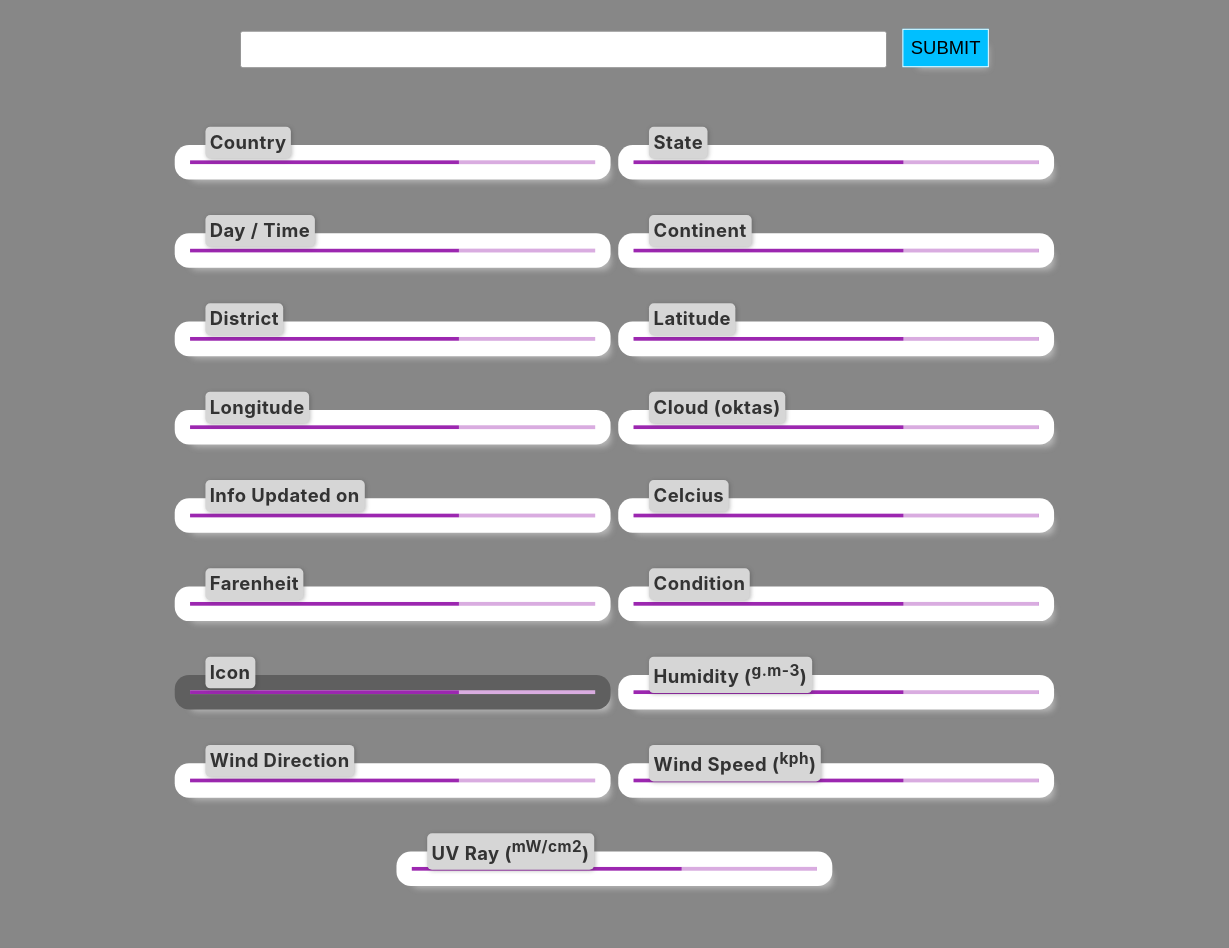
Repository: Imprasna/practising-API
Page: /
An editor plug-in stored every save of this project. The page is shown before and after a run of saves, followed by the edit.
The browser window is 1280 px wide. The pictures show the whole page, at 96% of full size.
The project was rebuilt for these pictures with package versions that can differ from the ones it lists, and the page was loaded fresh each time. Also part of the build but not shown: src/component/Country.js, src/component/Region.js, src/component/Time.js, src/component/Continent.js, src/component/District.js, src/component/Cloud.js, src/component/UpdatedWeather.js, src/component/Celcius.js and 9 more.

Above is the page before, as saved 2021-11-12 00:19:56.

### src/App.js
import './App.css';
import Get from './Get'

function App() {
  return (
    <div className="App">
      <Get />
    </div>
  );
}

export default App;

### src/Get.js
import React, { useState } from "react";
import axios from "axios";
// import moment from 'moment';
import Country from "./component/Country";
import Region from "./component/Region";
import Time from "./component/Time";
import Continent from "./component/Continent";
import District from "./component/District";
import Cloud from "./component/Cloud";
import UpdatedWeather from "./component/UpdatedWeather";
import Celcius from "./component/Celcius";
import Farenheit from "./component/Farenheit";
import Latitude from "./component/Latitude";
import Longitude from "./component/Longitude";
import Condition from "./component/Condition";
import Icon from "./component/Icon";
import Humidity from "./component/Humidity";
import WindDirection from "./component/WindDirection";
import WindSpeed from "./component/WindSpeed";
import Uv from "./component/Uv";
import "./component/style.css";
// import CircularProgress from '@mui/material/CircularProgress';
import LinearProgress from '@mui/material/LinearProgress';



const Get = () => {
	const [getPost, setGetPost] = useState([]);
	const [loading, setLoading] = useState(false);
	const [values, setValues] = useState({ cities: "" });

	React.useEffect =
		(() => {
			getData();

			const CName = () => {
				setGetPost(getPost);
			};
			CName();
		},
		[]);

		const getData = async () =>
		{
			const city = values.cities;
			try {
				const res = await axios.get(
					`http://api.weatherapi.com/v1/current.json?key=b572a200fc624a6a85671436211310&q=${city}&aqi=yes`
					);
				setTimeout(function ()
				{
					// console.log(res.data.current);
					// console.log(res.data.location);
					// setGetPost(res.data);
					(setGetPost(res.data))
					setLoading(true);
				}, 3000);

			console.log(getPost);
			// console.log(res.data.current);
			// setGetPost({res});
		} catch (err) {
			console.log(err);
		}
	};
	console.log(getPost);

	const onChangeHandler = (e) => {
		const name = e.target.name;
		const value = e.target.value;

		// here values is the state name
		let inputValues = values;
		inputValues[name] = value;
		setValues({ ...inputValues });
		setLoading(false);
	};

	return (
		<>
			<input
				className="search-box"
				type="text"
				value={values.cities}
				name="cities"
				onChange={(e) => onChangeHandler(e)}
			/>
			<button className="button" onClick={getData}>
				Submit
			</button>

			<div className="whole">
				<div className="Country">
					{loading ? (<Country CName={getPost} />) : (<LinearProgress  color="secondary"  />)}
					<h1>Country</h1>
				</div>

				<div className="region">
				{loading ? (<Region CName={getPost} />) : (<LinearProgress  color="secondary"  />) }
					<h1>State</h1>

				</div>

				<div className="time">
				{loading ? (<Time CName={getPost} />) : (<LinearProgress  color="secondary"  />) }
					<h1>Day / Time</h1>

				</div>

				<div className="continent">
				{loading ? (<Continent CName={getPost} />) : (<LinearProgress  color="secondary"  />) }
					<h1>Continent</h1>

				</div>

				<div className="district">
				{loading ? (<District CName={getPost} />) : (<LinearProgress  color="secondary"  />) }
					<h1>District</h1>

				</div>

				<div className="lat">
				{loading ? (<Latitude CName={getPost} />) : (<LinearProgress  color="secondary"  />) }
					<h1>Latitude</h1>

				</div>

				<div className="lon">
				{loading ? (<Longitude CName={getPost} />) : (<LinearProgress  color="secondary"  />) }
					<h1>Longitude</h1>

				</div>

				<div className="cloud">
				{loading ? (<Cloud CName={getPost} />) : (<LinearProgress  color="secondary"  />) }
					<h1>Cloud (oktas)</h1>

				</div>

				<div className="upt">
				{loading ? (<UpdatedWeather CName={getPost} />) : (<LinearProgress  color="secondary"  />) }
					<h1>Info Updated on</h1>

				</div>

				<div className="cel">
				{loading ? (<Celcius CName={getPost} />) : (<LinearProgress  color="secondary"  />) }
					<h1>Celcius</h1>

				</div>

				<div className="far">
				{loading ? (<Farenheit CName={getPost} />) : (<LinearProgress  color="secondary"  />) }
					<h1>Farenheit</h1>

				</div>

				<div className="cond">
				{loading ? (<Condition CName={getPost} />) : (<LinearProgress  color="secondary"  />) }
					<h1>Condition</h1>

				</div>

				<div className="icon">
				{loading ? (<Icon CName={getPost} />) : (<LinearProgress  color="secondary"  />) }
					<h1>Icon</h1>

				</div>

				<div className="hum">
				{loading ? (<Humidity CName={getPost} />) : (<LinearProgress  color="secondary"  />) }
					<h1>
						Humidity (<sup>g.m-3</sup>)
					</h1>

				</div>


				<div className="wd">
				{loading ? (<WindDirection CName={getPost} />) : (<LinearProgress  color="secondary"  />) }
					<h1>Wind Direction</h1>

				</div>

				<div className="ws">
				{loading ? (<WindSpeed CName={getPost} />) : (<LinearProgress  color="secondary"  />) }
					<h1>
						Wind Speed (<sup>kph</sup>)
					</h1>

				</div>

				<div className="uv">
				{loading ? (<Uv CName={getPost} />) : (<LinearProgress  color="secondary"  />) }
					<h1>
						UV Ray (<sup>mW/cm2</sup>)
					</h1>

				</div>
			</div>
		</>
	);
};

export default Get;

### src/component/style.css
body {
    background: #878787;
}

.whole {
    width: 100%;
    height: 100%;
    display: flex;
    justify-content: center;
    align-items: center;
    flex-wrap: wrap;
    gap: .5rem;
    margin-bottom: 4rem;
}

.search-box {
    width: 50%;
    padding: .5rem 1rem;
    border-radius: 3px;
    border: 1px solid #929292;
    outline: none;
    font-size: 1rem;
    line-height: 1.3em;
    margin: 0 auto;
    margin-bottom: 2rem;
    margin-top: 2rem;
    margin-right: 1rem;
    text-transform: uppercase;
}

.button {
    padding: .5rem;
    outline: none;
    border: 1px solid #fff;
    box-shadow: 8px 10px 7px -8px rgba(204,204,204,0.75);
    cursor: pointer;
    font-size: 1.2rem;
    text-transform: uppercase;
    border-radius: 0px;
    background: deepskyblue;
}

.Country {
    width: 33%;
    color: #000;
    padding: 1rem;
    border-radius: 15px;
    background-color: #fff;
    box-shadow: 8px 10px 7px -8px rgba(204,204,204,0.75);
    position: relative;
    font-size: 1.1rem;
    font-weight: 600;
    letter-spacing: .5px;
    margin-top: 3rem;
}

.Country > h1 {
    position: absolute;
    top: -2rem;
    left: 2rem;
    padding: .3rem;
    background-color: #d6d6d6;
    border-radius: 5px;
    font-size: 1.2rem;
    filter: drop-shadow(1px 1px 2px rgba(44, 44, 44, 0.342));
    color: #333;
}

.region {
    width: 33%;
    color: #000;
    padding: 1rem;
    border-radius: 15px;
    background-color: #fff;
    box-shadow: 8px 10px 7px -8px rgba(204,204,204,0.75);
    position: relative;
    font-size: 1.1rem;
    font-weight: 600;
    letter-spacing: .5px;
    margin-top: 3rem;
}

.region > h1 {
    position: absolute;
    top: -2rem;
    left: 2rem;
    padding: .3rem;
    background-color: #d6d6d6;
    border-radius: 5px;
    font-size: 1.2rem;
    filter: drop-shadow(1px 1px 2px rgba(44, 44, 44, 0.342));
    color: #333;
}

.time {
    width: 33%;
    color: #000;
    padding: 1rem;
    border-radius: 15px;
    background-color: #fff;
    box-shadow: 8px 10px 7px -8px rgba(204,204,204,0.75);
    position: relative;
    font-size: 1.1rem;
    font-weight: 600;
    letter-spacing: .5px;
    margin-top: 3rem;
}

.time > h1 {
    position: absolute;
    top: -2rem;
    left: 2rem;
    padding: .3rem;
    background-color: #d6d6d6;
    border-radius: 5px;
    font-size: 1.2rem;
    filter: drop-shadow(1px 1px 2px rgba(44, 44, 44, 0.342));
    color: #333;
}

.continent {
    width: 33%;
    color: #000;
    padding: 1rem;
    border-radius: 15px;
    background-color: #fff;
    box-shadow: 8px 10px 7px -8px rgba(204,204,204,0.75);
    position: relative;
    font-size: 1.1rem;
    font-weight: 600;
    letter-spacing: .5px;
    margin-top: 3rem;
}

.continent > h1 {
    position: absolute;
    top: -2rem;
    left: 2rem;
    padding: .3rem;
    background-color: #d6d6d6;
    border-radius: 5px;
    font-size: 1.2rem;
    filter: drop-shadow(1px 1px 2px rgba(44, 44, 44, 0.342));
    color: #333;
}

.district {
    width: 33%;
    color: #000;
    padding: 1rem;
    border-radius: 15px;
    background-color: #fff;
    box-shadow: 8px 10px 7px -8px rgba(204,204,204,0.75);
    position: relative;
    font-size: 1.1rem;
    font-weight: 600;
    letter-spacing: .5px;
    margin-top: 3rem;
}

.district > h1 {
    position: absolute;
    top: -2rem;
    left: 2rem;
    padding: .3rem;
    background-color: #d6d6d6;
    border-radius: 5px;
    font-size: 1.2rem;
    filter: drop-shadow(1px 1px 2px rgba(44, 44, 44, 0.342));
    color: #333;
}

.lat {
    width: 33%;
    color: #000;
    padding: 1rem;
    border-radius: 15px;
    background-color: #fff;
    box-shadow: 8px 10px 7px -8px rgba(204,204,204,0.75);
    position: relative;
    font-size: 1.1rem;
    font-weight: 600;
    letter-spacing: .5px;
    margin-top: 3rem;
}

.lat > h1 {
    position: absolute;
    top: -2rem;
    left: 2rem;
    padding: .3rem;
    background-color: #d6d6d6;
    border-radius: 5px;
    font-size: 1.2rem;
    filter: drop-shadow(1px 1px 2px rgba(44, 44, 44, 0.342));
    color: #333;
}

.lon {
    width: 33%;
    color: #000;
    padding: 1rem;
    border-radius: 15px;
    background-color: #fff;
    box-shadow: 8px 10px 7px -8px rgba(204,204,204,0.75);
    position: relative;
    font-size: 1.1rem;
    font-weight: 600;
    letter-spacing: .5px;
    margin-top: 3rem;
}

.lon > h1 {
    position: absolute;
    top: -2rem;
    left: 2rem;
    padding: .3rem;
    background-color: #d6d6d6;
    border-radius: 5px;
    font-size: 1.2rem;
    filter: drop-shadow(1px 1px 2px rgba(44, 44, 44, 0.342));
    color: #333;
}

.cloud {
    width: 33%;
    color: #000;
    padding: 1rem;
    border-radius: 15px;
    background-color: #fff;
    box-shadow: 8px 10px 7px -8px rgba(204,204,204,0.75);
    position: relative;
    font-size: 1.1rem;
    font-weight: 600;
    letter-spacing: .5px;
    margin-top: 3rem;
}

.cloud > h1 {
    position: absolute;
    top: -2rem;
    left: 2rem;
    padding: .3rem;
    background-color: #d6d6d6;
    border-radius: 5px;
    font-size: 1.2rem;
    filter: drop-shadow(1px 1px 2px rgba(44, 44, 44, 0.342));
    color: #333;
}

.upt {
    width: 33%;
    color: #000;
    padding: 1rem;
    border-radius: 15px;
    background-color: #fff;
    box-shadow: 8px 10px 7px -8px rgba(204,204,204,0.75);
    position: relative;
    font-size: 1.1rem;
    font-weight: 600;
    letter-spacing: .5px;
    margin-top: 3rem;
}

.upt > h1 {
    position: absolute;
    top: -2rem;
    left: 2rem;
    padding: .3rem;
    background-color: #d6d6d6;
    border-radius: 5px;
    font-size: 1.2rem;
    filter: drop-shadow(1px 1px 2px rgba(44, 44, 44, 0.342));
    color: #333;
}

.cel {
    width: 33%;
    color: #000;
    padding: 1rem;
    border-radius: 15px;
    background-color: #fff;
    box-shadow: 8px 10px 7px -8px rgba(204,204,204,0.75);
    position: relative;
    font-size: 1.1rem;
    font-weight: 600;
    letter-spacing: .5px;
    margin-top: 3rem;
}

.cel > h1 {
    position: absolute;
    top: -2rem;
    left: 2rem;
    padding: .3rem;
    background-color: #d6d6d6;
    border-radius: 5px;
    font-size: 1.2rem;
    filter: drop-shadow(1px 1px 2px rgba(44, 44, 44, 0.342));
    color: #333;
}

.far {
    width: 33%;
    color: #000;
    padding: 1rem;
    border-radius: 15px;
    background-color: #fff;
    box-shadow: 8px 10px 7px -8px rgba(204,204,204,0.75);
    position: relative;
    font-size: 1.1rem;
    font-weight: 600;
    letter-spacing: .5px;
    margin-top: 3rem;
}

.far > h1 {
    position: absolute;
    top: -2rem;
    left: 2rem;
    padding: .3rem;
    background-color: #d6d6d6;
    border-radius: 5px;
    font-size: 1.2rem;
    filter: drop-shadow(1px 1px 2px rgba(44, 44, 44, 0.342));
    color: #333;
}

.cond {
    width: 33%;
    color: #000;
    padding: 1rem;
    border-radius: 15px;
    background-color: #fff;
    box-shadow: 8px 10px 7px -8px rgba(204,204,204,0.75);
    position: relative;
    font-size: 1.1rem;
    font-weight: 600;
    letter-spacing: .5px;
    margin-top: 3rem;
}

.cond > h1 {
    position: absolute;
    top: -2rem;
    left: 2rem;
    padding: .3rem;
    background-color: #d6d6d6;
    border-radius: 5px;
    font-size: 1.2rem;
    filter: drop-shadow(1px 1px 2px rgba(44, 44, 44, 0.342));
    color: #333;
}


.icon {
    width: 33%;
    color: #000;
    padding: 1rem;
    border-radius: 15px;
    background-color: #5f5f5f;
    box-shadow: 8px 10px 7px -8px rgba(204,204,204,0.75);
    position: relative;
    font-size: 1.1rem;
    font-weight: 600;
    letter-spacing: .5px;
    margin-top: 3rem;
}

.icon > h1 {
    position: absolute;
    top: -2rem;
    left: 2rem;
    padding: .3rem;
    background-color: #d6d6d6;
    border-radius: 5px;
    font-size: 1.2rem;
    filter: drop-shadow(1px 1px 2px rgba(44, 44, 44, 0.342));
    color: #333;
}

.hum {
    width: 33%;
    color: #000;
    padding: 1rem;
    border-radius: 15px;
    background-color: #fff;
    box-shadow: 8px 10px 7px -8px rgba(204,204,204,0.75);
    position: relative;
    font-size: 1.1rem;
    font-weight: 600;
    letter-spacing: .5px;
    margin-top: 3rem;
}

.hum > h1 {
    position: absolute;
    top: -2rem;
    left: 2rem;
    padding: .3rem;
    background-color: #d6d6d6;
    border-radius: 5px;
    font-size: 1.2rem;
    filter: drop-shadow(1px 1px 2px rgba(44, 44, 44, 0.342));
    color: #333;
}

.wd {
    width: 33%;
    color: #000;
    padding: 1rem;
    border-radius: 15px;
    background-color: #fff;
    box-shadow: 8px 10px 7px -8px rgba(204,204,204,0.75);
    position: relative;
    font-size: 1.1rem;
    font-weight: 600;
    letter-spacing: .5px;
    margin-top: 3rem;
}

.wd > h1 {
    position: absolute;
    top: -2rem;
    left: 2rem;
    padding: .3rem;
    background-color: #d6d6d6;
    border-radius: 5px;
    font-size: 1.2rem;
    filter: drop-shadow(1px 1px 2px rgba(44, 44, 44, 0.342));
    color: #333;
}

.ws {
    width: 33%;
    color: #000;
    padding: 1rem;
    border-radius: 15px;
    background-color: #fff;
    box-shadow: 8px 10px 7px -8px rgba(204,204,204,0.75);
    position: relative;
    font-size: 1.1rem;
    font-weight: 600;
    letter-spacing: .5px;
    margin-top: 3rem;
}

.ws > h1 {
    position: absolute;
    top: -2rem;
    left: 2rem;
    padding: .3rem;
    background-color: #d6d6d6;
    border-radius: 5px;
    font-size: 1.2rem;
    filter: drop-shadow(1px 1px 2px rgba(44, 44, 44, 0.342));
    color: #333;
}

.uv {
    width: 33%;
    color: #000;
    padding: 1rem;
    border-radius: 15px;
    background-color: #fff;
    box-shadow: 8px 10px 7px -8px rgba(204,204,204,0.75);
    position: relative;
    font-size: 1.1rem;
    font-weight: 600;
    letter-spacing: .5px;
    margin-top: 3rem;
}

.uv > h1 {
    position: absolute;
    top: -2rem;
    left: 2rem;
    padding: .3rem;
    background-color: #d6d6d6;
    border-radius: 5px;
    font-size: 1.2rem;
    filter: drop-shadow(1px 1px 2px rgba(44, 44, 44, 0.342));
    color: #333;
}

Loaded but not shown: public/index.html (common file); src/index.js (common file); src/index.css (common file); src/App.css (common file)

After the next 2 saves:
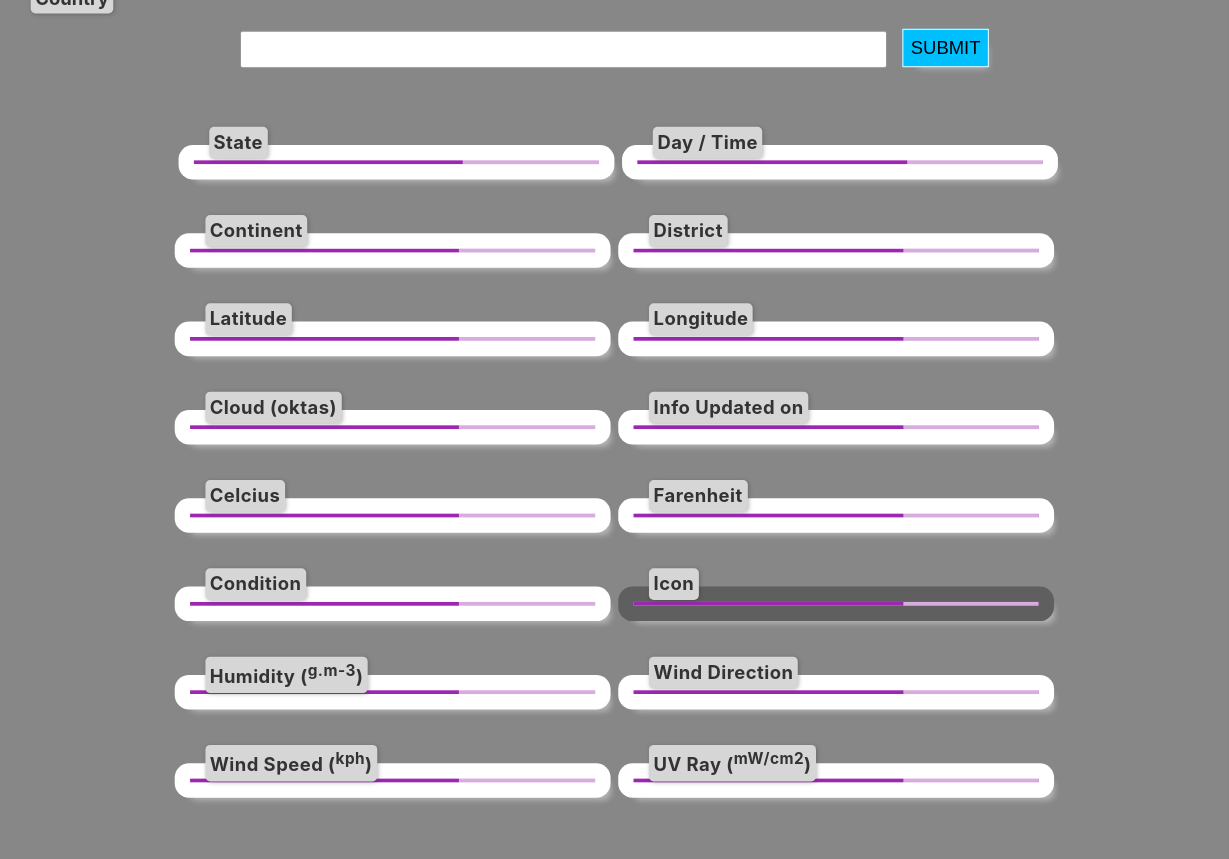
The 2 saves are shown as one change because they came seconds apart.
The last was saved 10 s later.
--- a/src/component/style.css
+++ b/src/component/style.css
@@ -40,6 +40,8 @@
     background: deepskyblue;
 }
 
+.button
+
 .Country {
     width: 33%;
     color: #000;

After the 5 saves that followed:
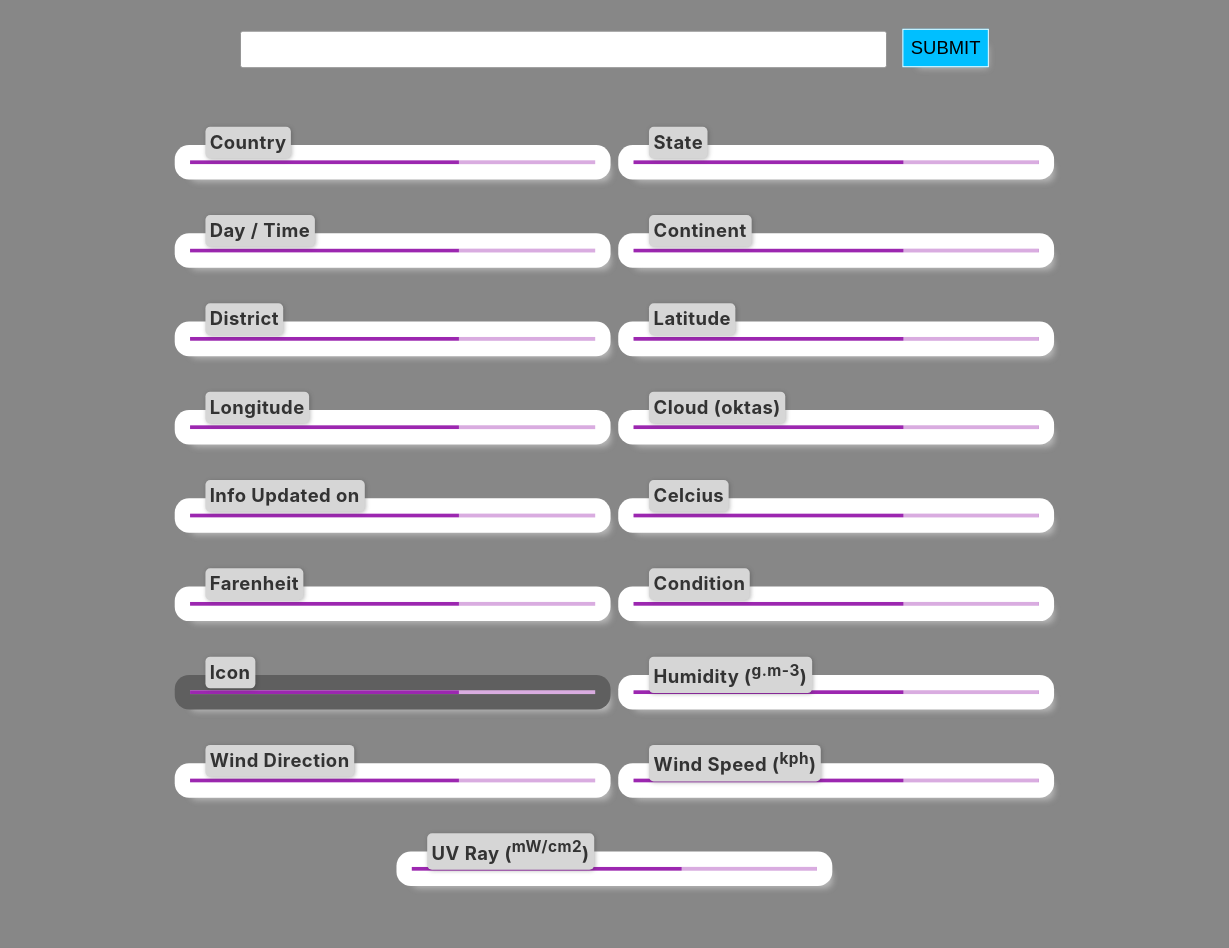
The 5 saves are shown as one change because they came seconds apart.
The last was saved 11 s later.
--- a/src/component/style.css
+++ b/src/component/style.css
@@ -40,7 +40,9 @@
     background: deepskyblue;
 }
 
-.button
+.button:hover {
+    background-color: #fff;
+}
 
 .Country {
     width: 33%;
